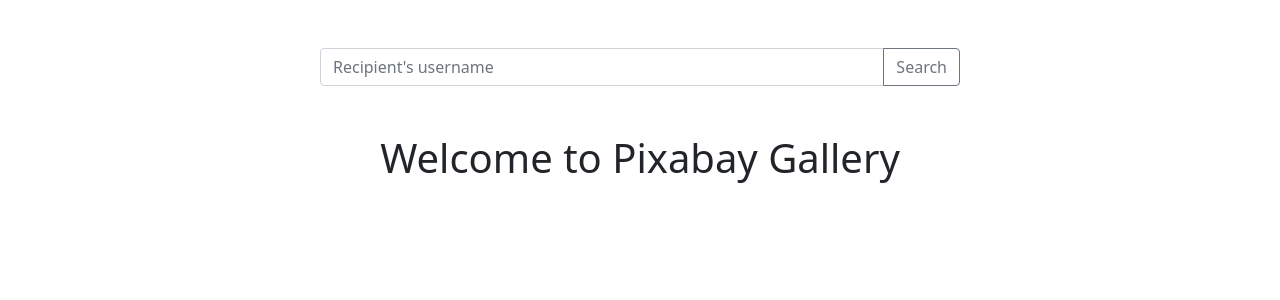
Repository: mehedi9465/PixaBay-Gallery
Page: index.html
An editor plug-in stored every save of this project. The page is shown before and after a run of saves, followed by the edit.
The browser window is 1280 px wide. The pictures show the whole page.

Above is the page before, as saved 2023-05-09 13:07:26.

After the next 2 saves:
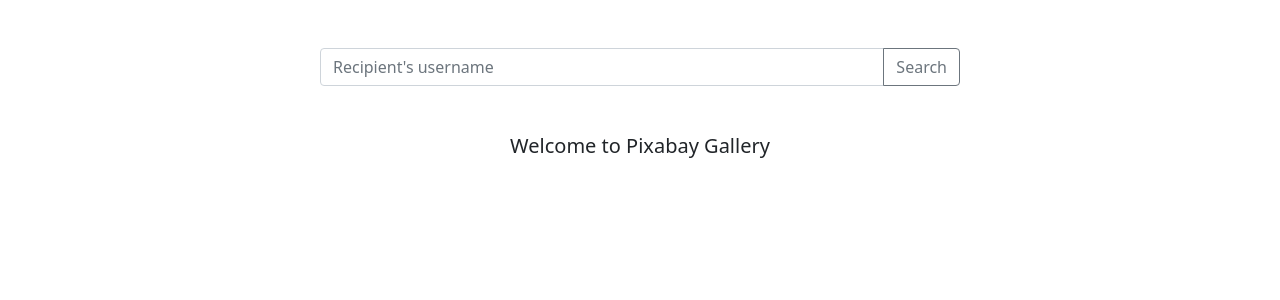
The 2 saves are shown as one change because they came seconds apart.
The last was saved 28 s later.
--- a/index.html
+++ b/index.html
@@ -42,7 +42,7 @@
           Search
         </button>
       </div>
-      <h1 class="text-center font-">Welcome to Pixabay Gallery</h1>
+      <h1 class="text-center fs-5">Welcome to Pixabay Gallery</h1>
     </main>
 
     <script src="js/script.js"></script>

After the save that followed:
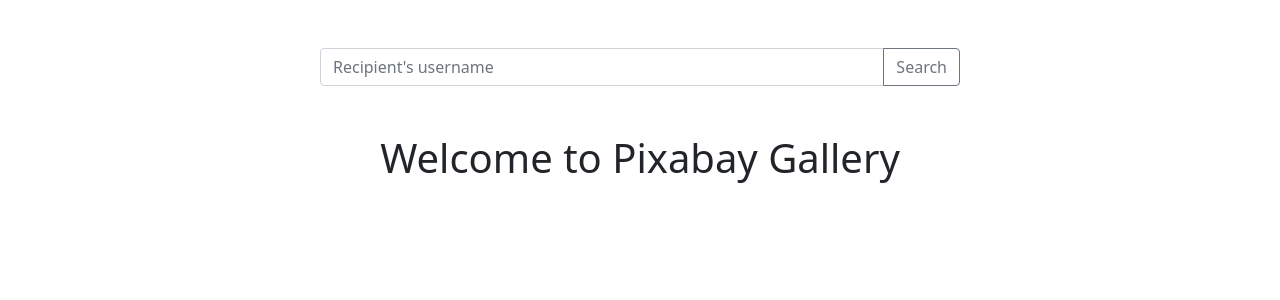
Saved 4 s later.
--- a/index.html
+++ b/index.html
@@ -42,7 +42,7 @@
           Search
         </button>
       </div>
-      <h1 class="text-center fs-5">Welcome to Pixabay Gallery</h1>
+      <h1 class="text-center fs-1">Welcome to Pixabay Gallery</h1>
     </main>
 
     <script src="js/script.js"></script>
